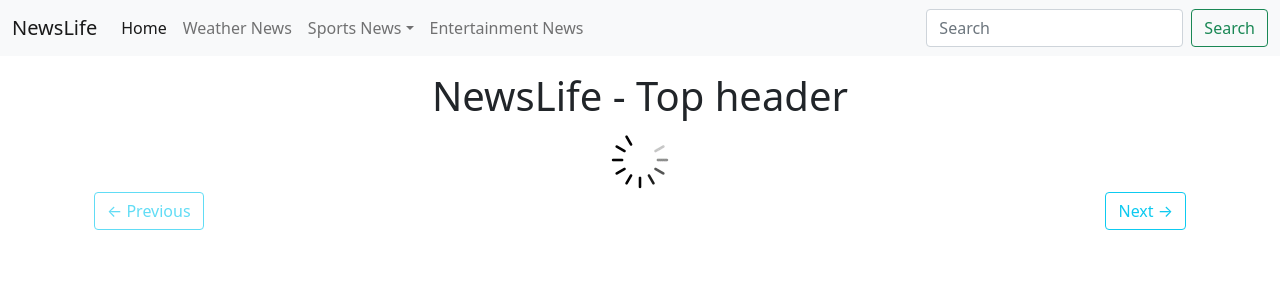
Repository: R-cpu-jpg/Newsapp.github.io
Page: /
The author's editor kept a copy of each file at every save. The page is drawn from the files as they stood at one save, then again after the next save.
The browser window is 1280 px wide. The pictures show the whole page.
The page's requests for data from a server got no answer. The project was rebuilt for these pictures with package versions that can differ from the ones it lists, and the page was loaded fresh each time. No one was signed in, and anything a server would have sent is missing. Also part of the build but not shown: src/index.css, src/App.css, src/Components/NewsItem.js.

Above is the page before, as saved 2023-01-19 14:55:14.

### public/index.html
<!DOCTYPE html>
<html lang="en">
  <head>
    <meta charset="utf-8" />
    <link rel="icon" href="%PUBLIC_URL%/favicon.ico" />
    <meta name="viewport" content="width=device-width, initial-scale=1" />
    <meta name="theme-color" content="#000000" />
    <meta
      name="description"
      content="NewsLife is the site who grab the most of useful information about the all our world. It is also international website that contains the latest news. If you are interested in news of Weather, Politics, Sports, and Film industries. NewsLife is only for you."
    />
    <link rel="apple-touch-icon" href="%PUBLIC_URL%/logo192.png" />
    <!--
      manifest.json provides metadata used when your web app is installed on a
      user's mobile device or desktop. See https://developers.google.com/web/fundamentals/web-app-manifest/
    -->
    <link rel="manifest" href="%PUBLIC_URL%/manifest.json" />
    <link href="https://cdn.jsdelivr.net/npm/bootstrap@5.0.2/dist/css/bootstrap.min.css" rel="stylesheet" integrity="sha384-EVSTQN3/azprG1Anm3QDgpJLIm9Nao0Yz1ztcQTwFspd3yD65VohhpuuCOmLASjC" crossorigin="anonymous">
    <!--
      Notice the use of %PUBLIC_URL% in the tags above.
      It will be replaced with the URL of the `public` folder during the build.
      Only files inside the `public` folder can be referenced from the HTML.

      Unlike "/favicon.ico" or "favicon.ico", "%PUBLIC_URL%/favicon.ico" will
      work correctly both with client-side routing and a non-root public URL.
      Learn how to configure a non-root public URL by running `npm run build`.
    -->
    <title>NewsLife - get daily news free!</title>
  </head>
  <body>
    <noscript>You need to enable JavaScript to run this app.</noscript>
    <div id="root"></div>
    <!--
      This HTML file is a template.
      If you open it directly in the browser, you will see an empty page.

      You can add webfonts, meta tags, or analytics to this file.
      The build step will place the bundled scripts into the <body> tag.

      To begin the development, run `npm start` or `yarn start`.
      To create a production bundle, use `npm run build` or `yarn build`.
    -->
    <script src="https://cdn.jsdelivr.net/npm/@popperjs/core@2.9.2/dist/umd/popper.min.js" integrity="sha384-IQsoLXl5PILFhosVNubq5LC7Qb9DXgDA9i+tQ8Zj3iwWAwPtgFTxbJ8NT4GN1R8p" crossorigin="anonymous"></script>
<script src="https://cdn.jsdelivr.net/npm/bootstrap@5.0.2/dist/js/bootstrap.min.js" integrity="sha384-cVKIPhGWiC2Al4u+LWgxfKTRIcfu0JTxR+EQDz/bgldoEyl4H0zUF0QKbrJ0EcQF" crossorigin="anonymous"></script>
  </body>
</html>

### src/App.js

import './App.css';

import React, { Component } from 'react'
import Navbar from './Components/Navbar';
import News from './Components/News';

export default class App extends Component {
  render() {
    return (
      <div>
        <Navbar/>
        <News pageSize={5}/>
      </div>
    )
  }
}

### src/Components/Navbar.js
import React, { Component } from 'react'

export class Navbar extends Component {

  render() {
    return (
      <div>
        <nav className="navbar navbar-expand-lg navbar-light bg-light">
            <div className="container-fluid">
                <a className="navbar-brand" href="#">NewsLife</a>
                <button className="navbar-toggler" type="button" data-bs-toggle="collapse" data-bs-target="#navbarSupportedContent" aria-controls="navbarSupportedContent" aria-expanded="false" aria-label="Toggle navigation">
                <span className="navbar-toggler-icon"></span>
                </button>
                <div className="collapse navbar-collapse" id="navbarSupportedContent">
                <ul className="navbar-nav me-auto mb-2 mb-lg-0">
                    <li className="nav-item">
                    <a className="nav-link active" aria-current="page" href="/">Home</a>
                    </li>
                    <li className="nav-item">
                    <a className="nav-link" href="/">Weather News</a>
                    </li>
                    <li className="nav-item dropdown">
                    <a className="nav-link dropdown-toggle" href="/" id="navbarDropdown" role="button" data-bs-toggle="dropdown" aria-expanded="false">
                        Sports News
                    </a>
                    <ul className="dropdown-menu" aria-labelledby="navbarDropdown">
                        <li><a className="dropdown-item" href="/">Basketball</a></li>
                        <li><a className="dropdown-item" href="/">Football</a></li>
                        <li><a className="dropdown-item" href="/">Hockey</a></li>
                        <li><a className="dropdown-item" href="/">Badminton</a></li>
                        <li><a className="dropdown-item" href="/">judo</a></li>
                        <li><hr className="dropdown-divider"/></li>
                        <li><a className="dropdown-item" href="/">More....</a></li>
                    </ul>
                    </li>
                    <li className="nav-item">
                    <a className="nav-link" href="/">Entertainment News</a>
                    </li>
                </ul>
                <form className="d-flex">
                    <input className="form-control me-2" type="search" placeholder="Search" aria-label="Search"/>
                    <button className="btn btn-outline-success" type="submit">Search</button>
                </form>
                </div>
            </div>
        </nav>
      </div>
    )
  }
}

export default Navbar

### src/Components/News.js
import React, { Component } from 'react';

import { NewsItem } from './NewsItem';
import Spinner from './Spinner';

      export class News extends Component {
          constructor(){
              super();
              this.state = {
                  articles: [],
                  loading: false,
                  page:1,

          }
      }

      async componentDidMount(){
          let url = `https://newsapi.org/v2/top-headlines?country=in&apiKey=12c50882365b459b917dc014159fcd84&page=1&pageSize=${this.props.pageSize}`;
          let data = await fetch(url);
          let parsedData = await data.json()
          console.log(parsedData);
          this.setState({articles: parsedData.articles, totalResults: parsedData.totalResults})
      }

      handlePrevCheck = async () => {
          console.log("Previous");
          let url = `https://newsapi.org/v2/top-headlines?country=in&apiKey=12c50882365b459b917dc014159fcd84&page=${this.state.page - 1}&pageSize=${this.props.pageSize}`;
          let data = await fetch(url);
          let parsedData = await data.json()
          console.log(parsedData);
          this.setState({
            page: this.state.page - 1,
            articles: parsedData.articles
          })
      }

      handleNextCheck = async () => {
        console.log("Next");
        if (this.state.page + 1 > Math.ceil(this.state.totalResults/this.props.pageSize)){

        }
        else{
        let url = `https://newsapi.org/v2/top-headlines?country=in&apiKey=12c50882365b459b917dc014159fcd84&page=${this.state.page + 1}&pageSize=${this.props.pageSize}`;
        let data = await fetch(url);
        let parsedData = await data.json()
        console.log(parsedData);
        this.setState({
          page: this.state.page + 1,
          articles: parsedData.articles
        })
      }
      }


    render() {
        return (
            <div className="container my-3">
                <h1 className='text-center'>NewsLife - Top header</h1>
                <Spinner/>
                <div className="row">
                {this.state.articles.map((element)=>{
                return  <div className="col-md-4" key={element.url}>
                          <NewsItem title={element.title?element.title. slice(0, 45):""} description={element.description?element.description. slice(0, 88):""} imageUrl={element.urlToImage} newsUrl={element.url}></NewsItem>
                        </div>
                })}
                </div>
                <div className="container d-flex justify-content-between">
                  <button disabled={this.state.page<=1} type="button" className="btn btn-outline-info" onClick={this.handlePrevCheck}> &larr; Previous</button>
                  <button disabled={this.state.page + 1 > Math.ceil(this.state.totalResults/this.props.pageSize)} type="button" className="btn btn-outline-info" onClick={this.handleNextCheck}>Next &rarr;</button>
                </div>
            </div>
        )
    }
  }

export default News

### src/Components/Spinner.js
import React, { Component } from 'react'
import loading from './loading.gif'
export class Spinner extends Component {
  render() {
    return (
      <div className="text-center">
        <img src={loading} alt="Loading"/>
      </div>
    )
  }
}

export default Spinner

Loaded but not shown: src/index.js (common file); src/reportWebVitals.js (common file)

After the next save:
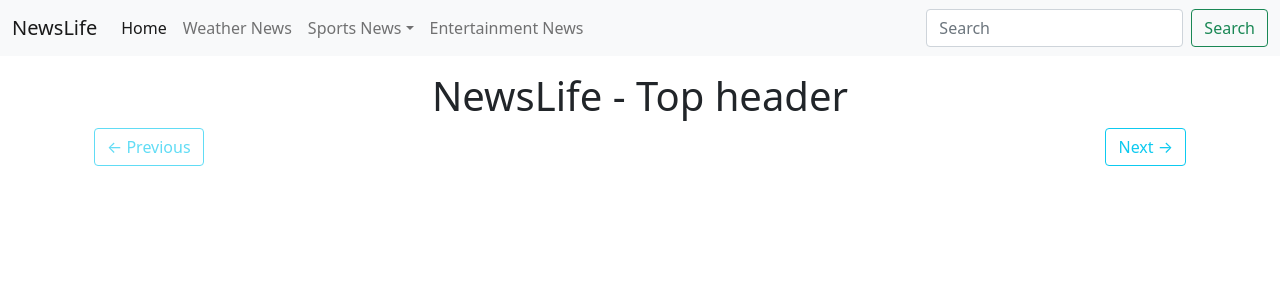
Saved 2 min 15 s later.
--- a/src/Components/News.js
+++ b/src/Components/News.js
@@ -56,7 +56,7 @@
         return (
             <div className="container my-3">
                 <h1 className='text-center'>NewsLife - Top header</h1>
-                <Spinner/>
+                {this.state.loading &&<Spinner/>}
                 <div className="row">
                 {this.state.articles.map((element)=>{
                 return  <div className="col-md-4" key={element.url}>
